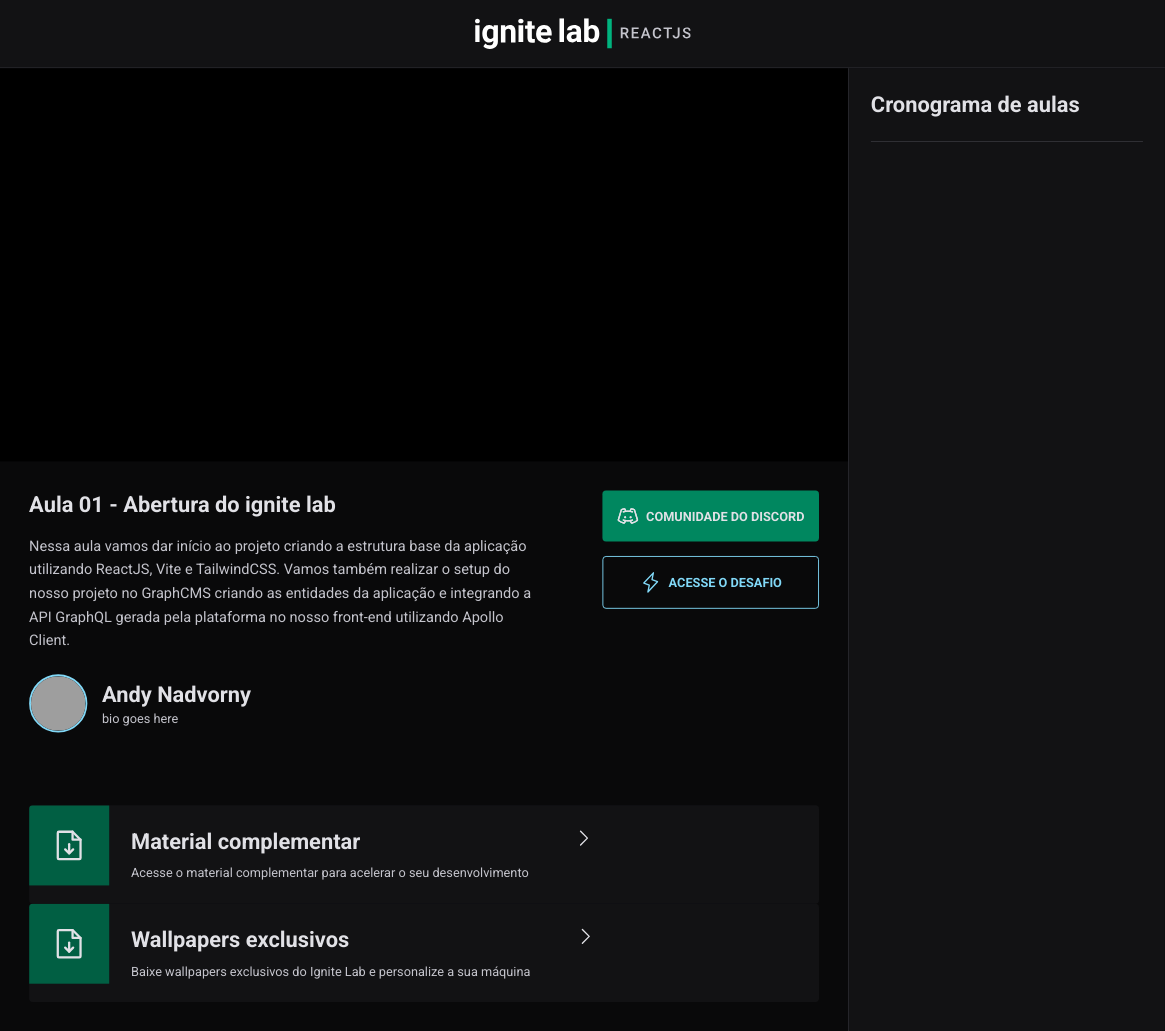
Repository: andynadvorny/event-platform
Page: /
An editor plug-in stored every save of this project. The page is shown before and after the next save, followed by the edit.
The browser window is 1280 px wide. The pictures show the whole page, at 91% of full size.
Pictures or frames that could not be fetched are drawn as grey boxes. The page's requests for data from a server got no answer. The project was rebuilt for these pictures with package versions that can differ from the ones it lists, and the page was loaded fresh each time. No one was signed in, and anything a server would have sent is missing. Also part of the build but not shown: vite.config.ts, src/components/Lesson.tsx.

Above is the page before, as saved 2022-06-24 14:31:21.

After the next save:
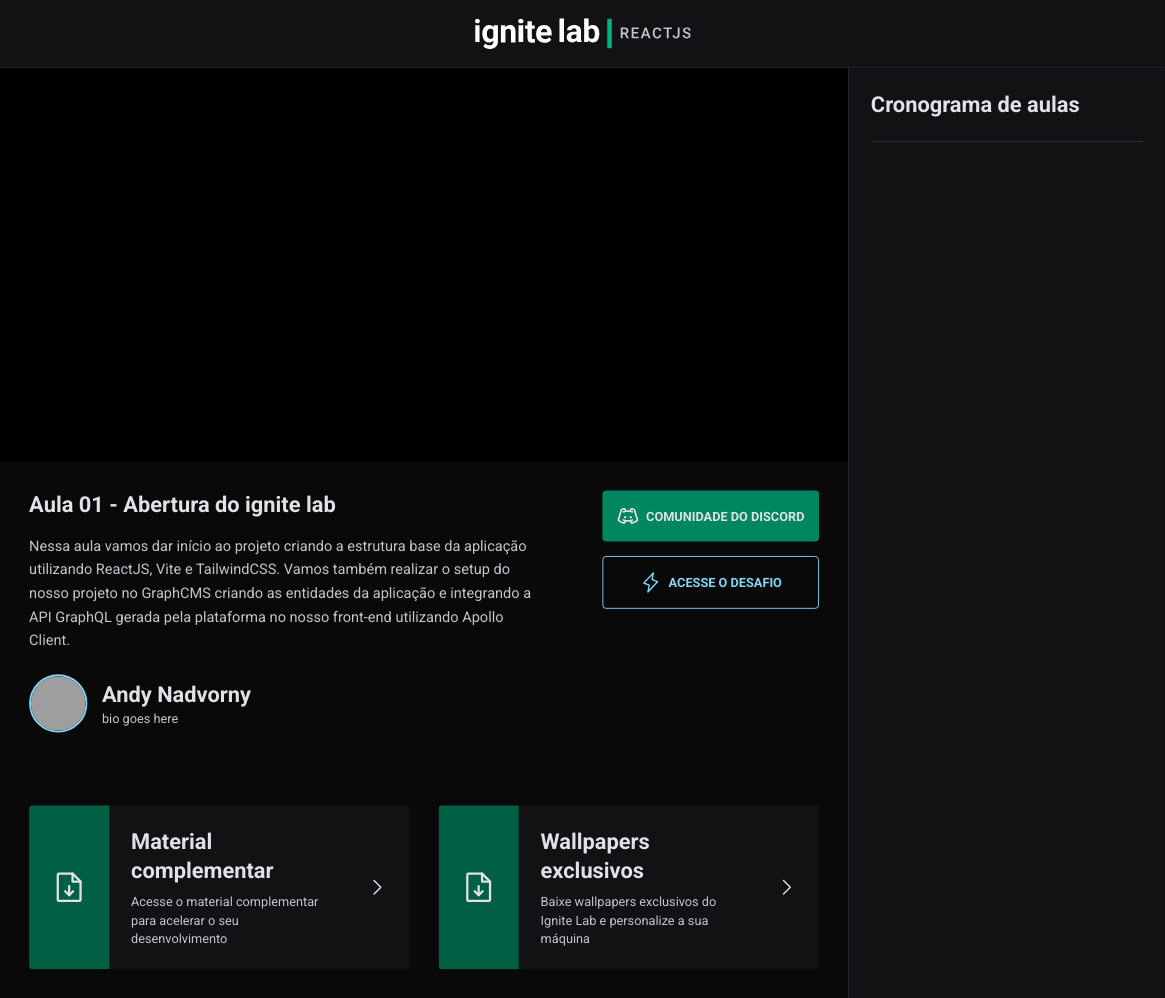
Saved 42 s later.
--- a/src/components/Video.tsx
+++ b/src/components/Video.tsx
@@ -46,7 +46,7 @@
           </div>
         </div>
 
-        <div className="gap-8 mt-20 gid grid-cols-2">
+        <div className="gap-8 mt-20 grid grid-cols-2">
           <a href="" className="bg-gray-700 rounded overflow-hidden flex items-stretch gap-6 hover:bg-gray-600 transition-colors">
             <div className="bg-green-700 h-full p-6 flex items-center">
               <FileArrowDown size={40} />
